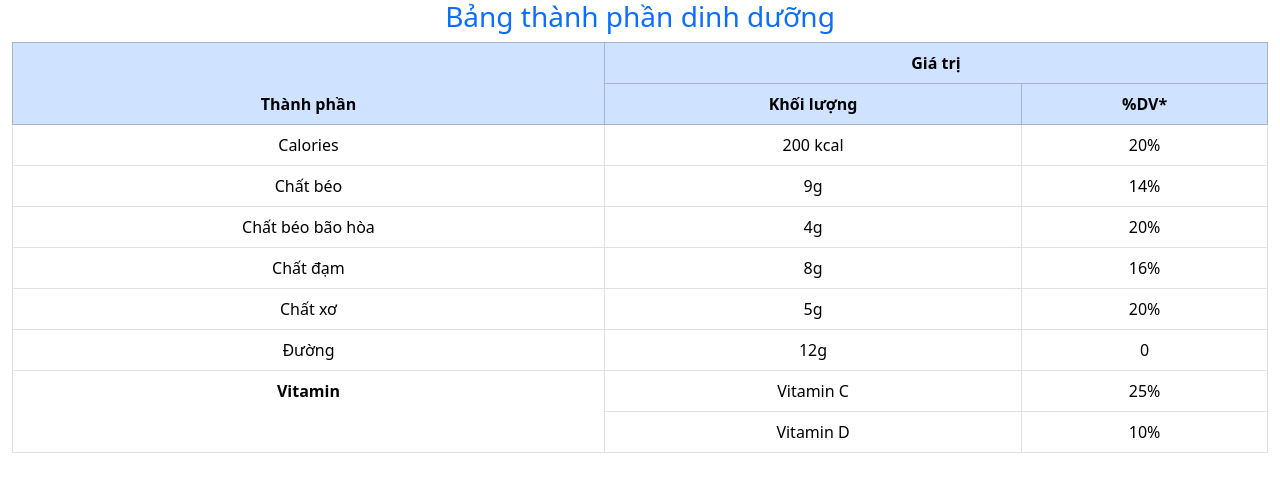
Repository: KizukoHeiwa/SOF308
Page: Lab2/bai1.html
The author's editor kept a copy of each file at every save. The page is drawn from the files as they stood at one save, then again after the next save.
The browser window is 1280 px wide. The pictures show the whole page.

Above is the page before, as saved 2024-11-07 10:06:40.

### Lab2/bai1.html
<!DOCTYPE html>
<html lang="en">

<head>
    <meta charset="UTF-8">
    <meta name="viewport" content="width=device-width, initial-scale=1.0">
    <title>LAB2B1</title>
</head>

<body>
    <div class="container-fluid">
        <h3 class="text-center text-primary">Bảng thành phần dinh dưỡng</h3>
        <table class="table table-bordered text-center">
            <thead class="table-primary">
                <tr>
                    <th rowspan="2">Thành phần</th>
                    <th colspan="2">Giá trị</th>
                </tr>
                <tr>
                    <th>Khối lượng</th>
                    <th>%DV*</th>
                </tr>
            </thead>
            <tbody>
                <tr>
                    <td>Calories</td>
                    <td>200 kcal</td>
                    <td>20%</td>
                </tr>
                <tr>
                    <td>Chất béo</td>
                    <td>9g</td>
                    <td>14%</td>
                </tr>
                <tr>
                    <td>Chất béo bão hòa</td>
                    <td>4g</td>
                    <td>20%</td>
                </tr>
                <tr>
                    <td>Chất đạm</td>
                    <td>8g</td>
                    <td>16%</td>
                </tr>
                <tr>
                    <td>Chất xơ</td>
                    <td>5g</td>
                    <td>20%</td>
                </tr>
                <tr>
                    <td>Đường</td>
                    <td>12g</td>
                    <td>0</td>
                </tr>
                <tr>
                    <th rowspan="2">Vitamin</th>
                    <td>Vitamin C</td>
                    <td>25%</td>
                </tr>
                <tr>
                    <td>Vitamin D</td>
                    <td>10%</td>
                </tr>
            </tbody>
        </table>
    </div>

    <link href="https://cdn.jsdelivr.net/npm/bootstrap@5.3.3/dist/css/bootstrap.min.css" rel="stylesheet">
    <link rel="stylesheet" href="https://cdnjs.cloudflare.com/ajax/libs/font-awesome/6.0.0-beta3/css/all.min.css">
    <script src="https://cdn.jsdelivr.net/npm/bootstrap@5.3.3/dist/js/bootstrap.bundle.min.js"></script>
</body>

</html>

After the next save:
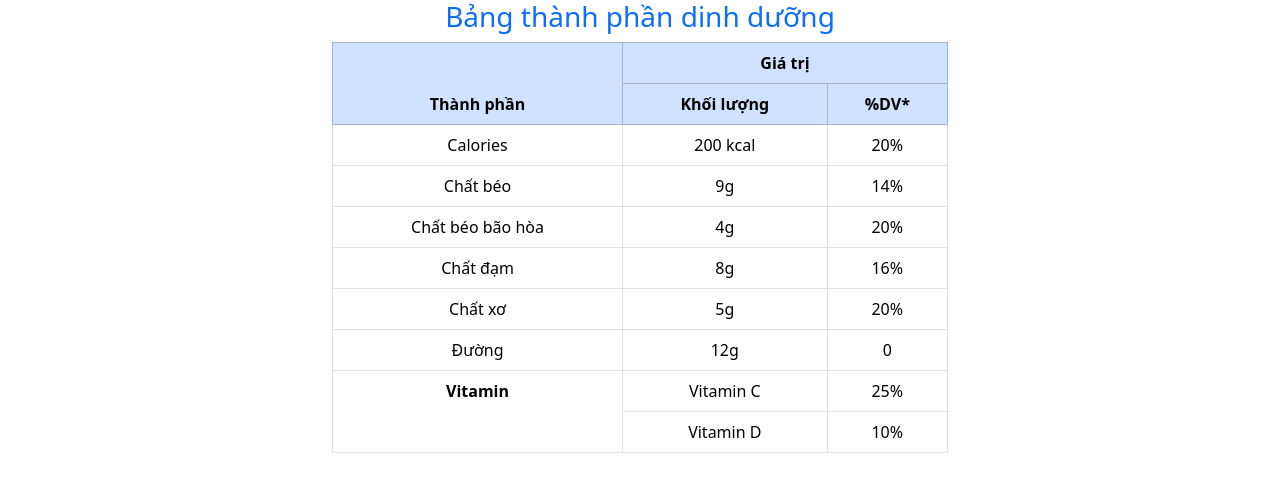
Saved 6 s later.
--- a/Lab2/bai1.html
+++ b/Lab2/bai1.html
@@ -8,7 +8,7 @@
 </head>
 
 <body>
-    <div class="container-fluid">
+    <div class="container-fluid w-50">
         <h3 class="text-center text-primary">Bảng thành phần dinh dưỡng</h3>
         <table class="table table-bordered text-center">
             <thead class="table-primary">
